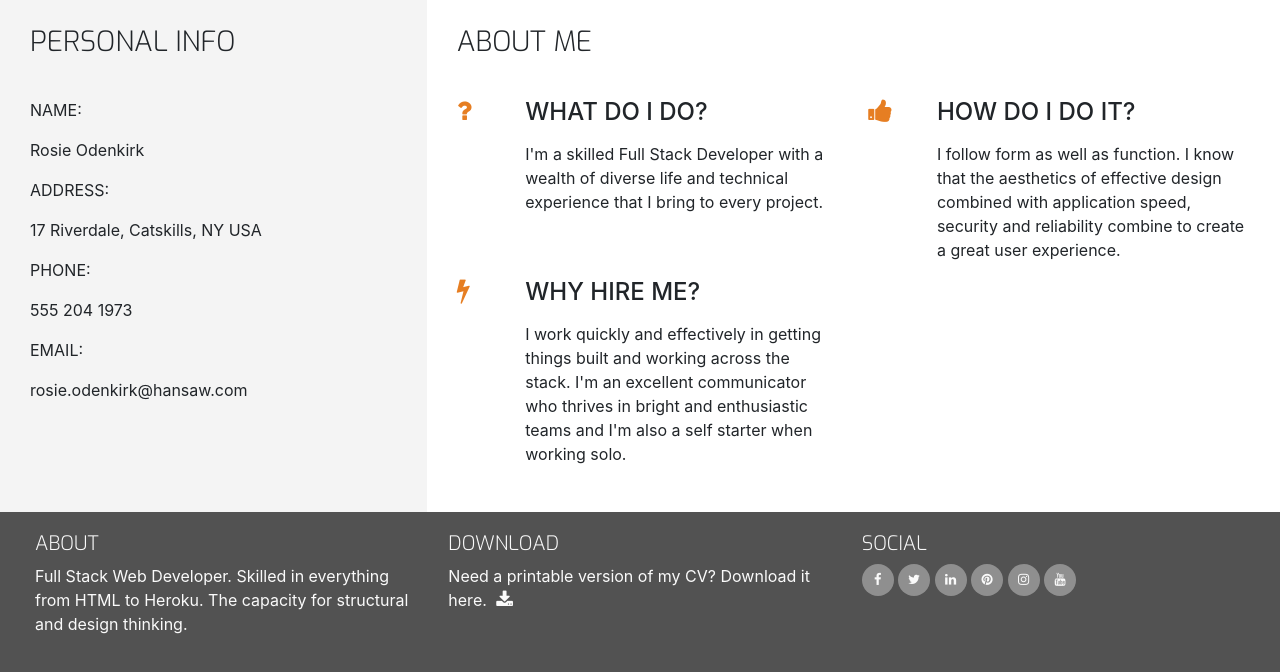
Repository: Davewalsh3/UCD-Resume
Page: index.html
The author's editor kept a record of every edit. The page is drawn from the files as they stood at one moment, then again after the next edit.
The browser window is 1280 px wide. The pictures show the part of the page from y = 369 to 1041 px (the page is 1041 px tall).
Some web libraries are served in a nearby version.

Above is the page before.

After the next edit:
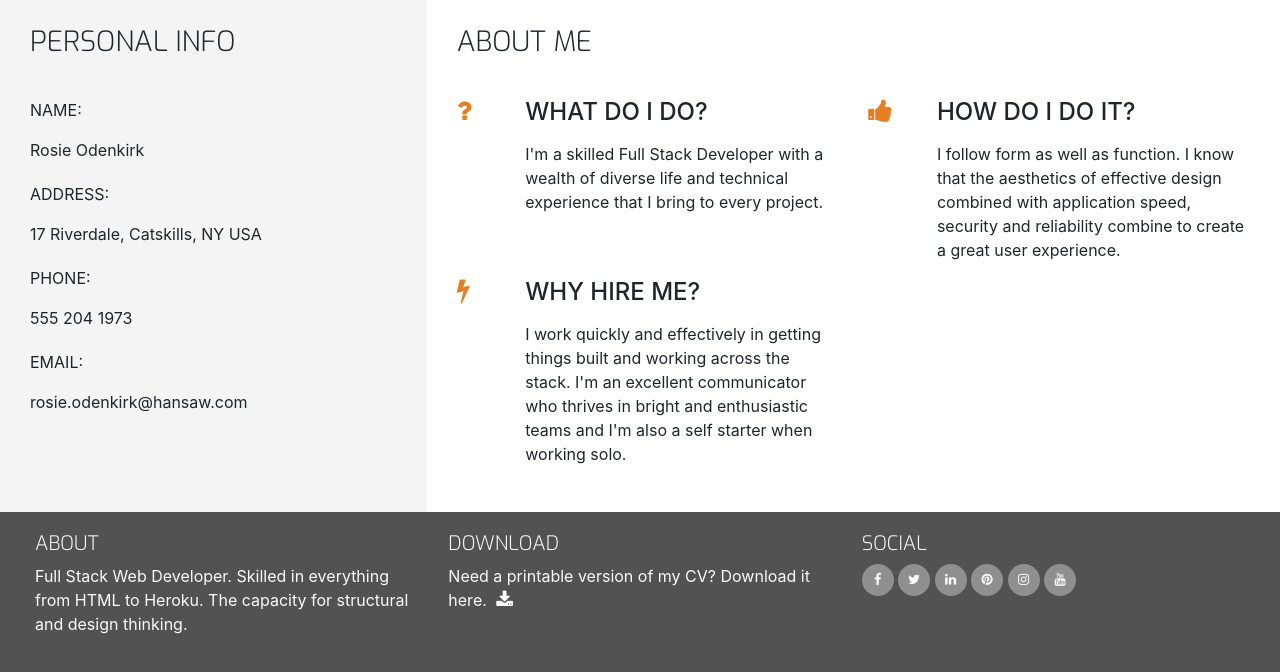
The edit:
--- a/assets/css/style.css
+++ b/assets/css/style.css
@@ -227,7 +227,7 @@
 }
 /* ----------------------------------------Personal Info */
 
-.personal-info-class {
+.personal-info-item {
     margin-bottom:20px;
     display:block;
     clear:both;
